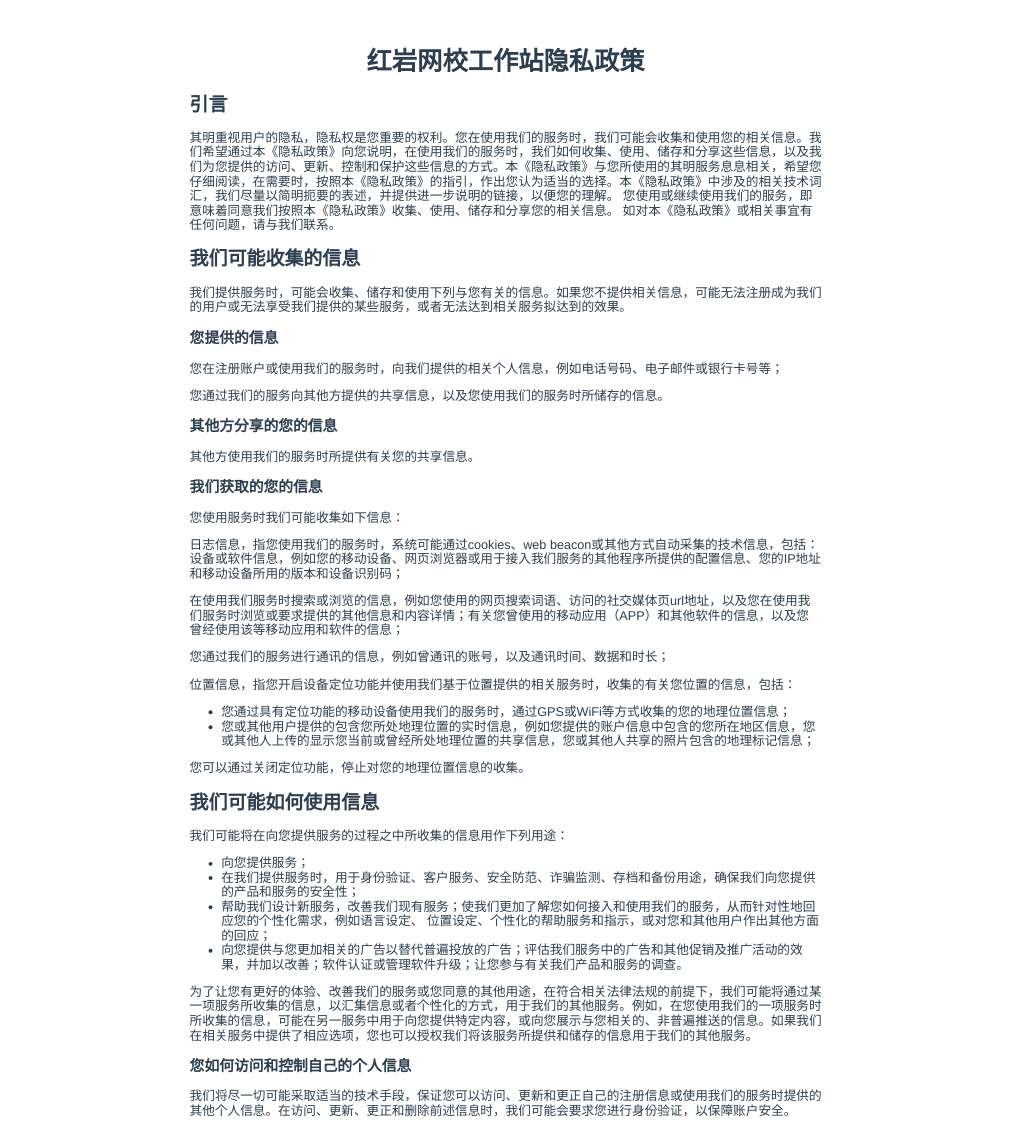
Repository: zl-mdc/privacy-policy
Page: /
An editor plug-in stored every save of this project. The page is shown before and after the next save, followed by the edit.
The browser window is 1280 px wide. The pictures show the whole page, at 79% of full size.
The project was rebuilt for these pictures with package versions that can differ from the ones it lists, and the page was loaded fresh each time.

Above is the page before, as saved 2020-09-17 15:44:13.

After the next save:
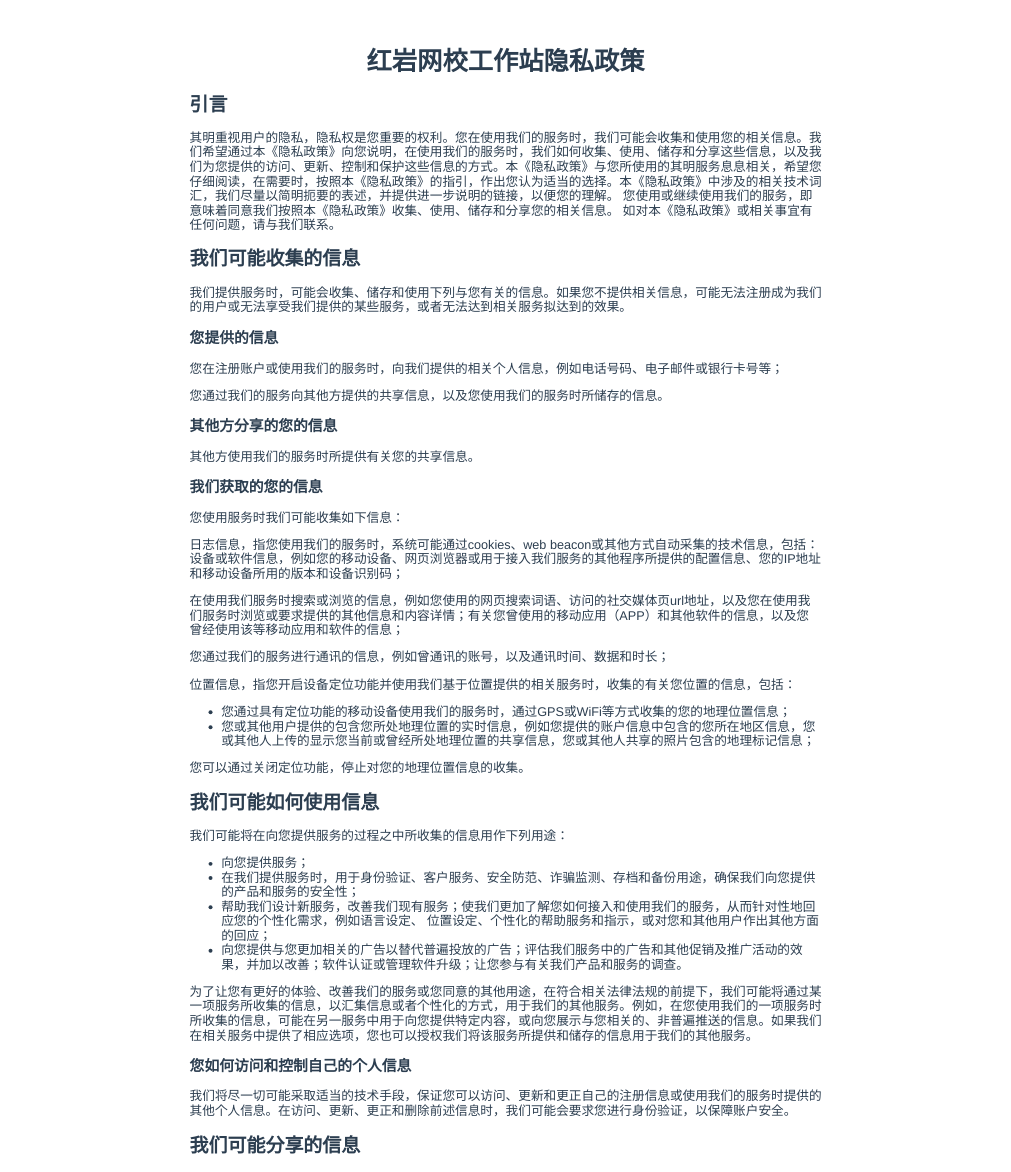
Saved 12 s later.
--- a/src/components/Info.vue
+++ b/src/components/Info.vue
@@ -1,7 +1,7 @@
 <!--
  * @Author: Code_Master
  * @Date: 2020-09-17 15:00:51
- * @LastEditTime: 2020-09-17 15:44:13
+ * @LastEditTime: 2020-09-17 15:44:25
  * @LastEditors: Code_Master
  * @FilePath: /privacy-policy/src/components/Info.vue
  * @Description: The first 90% of the code accounts for the first 90% of the development time. The remaining 10% of the code accounts for the other 90% of the development time.
@@ -44,7 +44,7 @@
           <h3>您如何访问和控制自己的个人信息</h3>
           <p>我们将尽一切可能采取适当的技术手段，保证您可以访问、更新和更正自己的注册信息或使用我们的服务时提供的其他个人信息。在访问、更新、更正和删除前述信息时，我们可能会要求您进行身份验证，以保障账户安全。</p>
 
-          <h2></h2>
+          <h2>我们可能分享的信息</h2>
 
     </div>
 </template>
